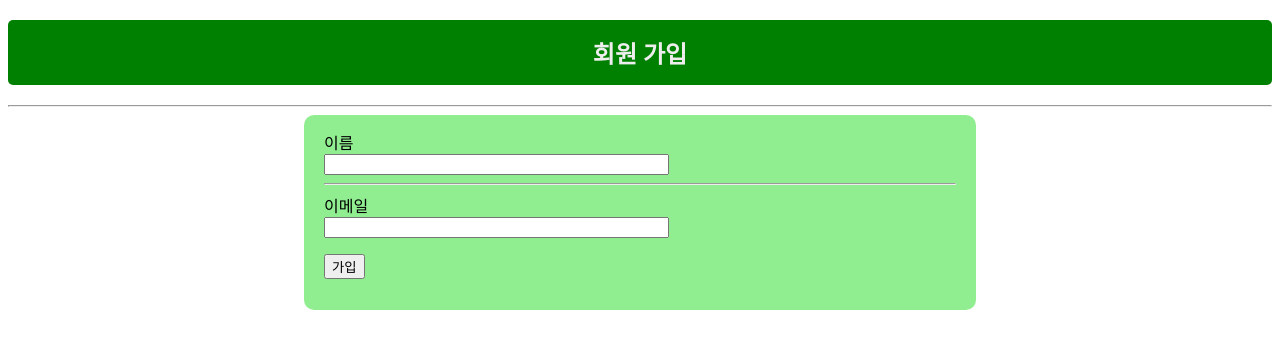
Repository: kiyongee2/kh-jsp
Page: http://localhost/jwbook/validation/joinForm.jsp
The author's editor kept a copy of each file at every save. The page is drawn from the files as they stood at one save, then again after the next save.
The browser window is 1280 px wide. The pictures show the whole page.
The page is served by Tomcat 9.

Above is the page before, as saved 2023-11-23 21:20:03.

After the next save:
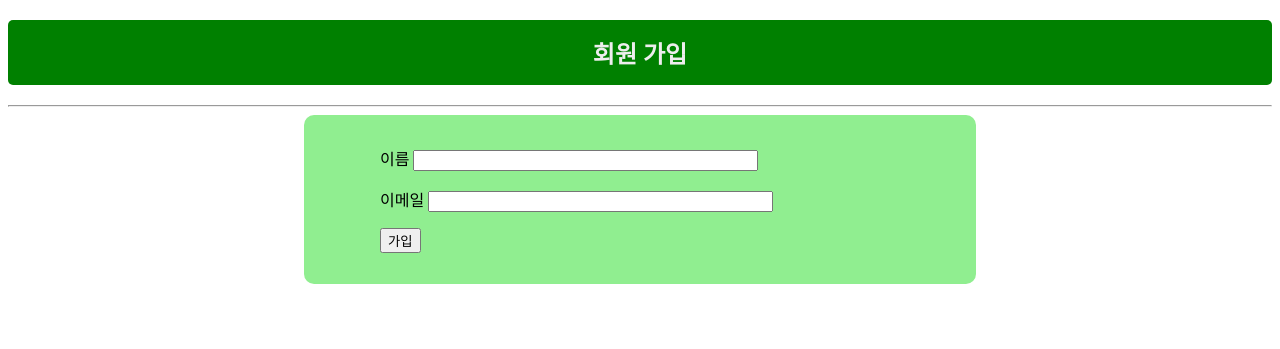
Saved 5 min 10 s later.
--- a/jwbook/src/main/webapp/validation/joinForm.jsp
+++ b/jwbook/src/main/webapp/validation/joinForm.jsp
@@ -10,6 +10,7 @@
 	    border-radius: 5px; padding: 15px 0; color: #eee;}
 	#regform{ width: 50%; margin: 0 auto; background: lightgreen;
 	          padding: 15px 20px; border-radius: 10px;}
+	ul li{list-style: none; margin: 16px;}
 </style>
 <script type="text/javascript">
 	function signUp(){
@@ -31,12 +32,19 @@
 	<hr>
 	<div id="regform">
 		<form action="" method="post" name="form1">
-			<label>이름</label><br>
-			<input type="text" name="name" size="40">
-			<hr>
-			<label>이메일</label><br>
-			<input type="text" name="email" size="40">
-			<p><button type="button" onclick="signUp()">가입</button>
+			<ul>
+				<li>
+					<label for="name">이름</label>
+					<input type="text" id="name" name="name" size="40">
+				</li>
+				<li>
+					<label for="email">이메일</label>
+					<input type="text" id="email" name="email" size="40">
+				</li>
+				<li>
+					<button type="button" onclick="signUp()">가입</button>
+				</li>
+			</ul>
 		</form>
 	</div>
 
